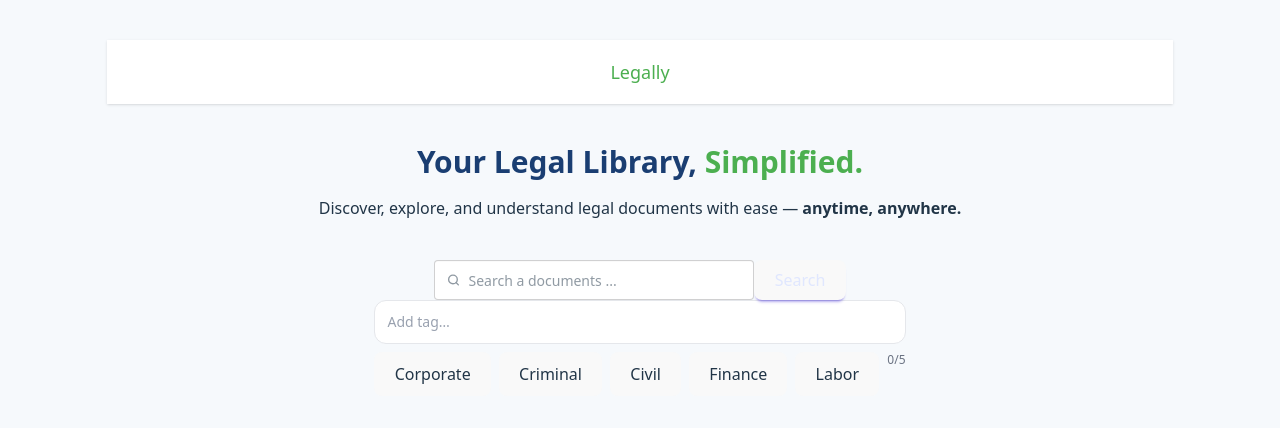
Repository: OdinPie/legal-search-acmeai
Page: / (app in legal-frontend/)
The author's editor kept a copy of each file at every save. The page is drawn from the files as they stood at one save, then again after the next save.
The browser window is 1280 px wide. The pictures show the whole page.
The project was rebuilt for these pictures with package versions that can differ from the ones it lists, and the page was loaded fresh each time. Also part of the build but not shown: legal-frontend/vite.config.js.

Above is the page before, as saved 2025-11-05 21:18:54.

### legal-frontend/index.html
<!doctype html>
<html lang="en">
  <head>
    <meta charset="UTF-8" />
    <link rel="icon" type="image/svg+xml" href="/vite.svg" />
    <meta name="viewport" content="width=device-width, initial-scale=1.0" />
    <title>legal-frontend</title>
  </head>
  <body>
    <div id="root"></div>
    <script type="module" src="/src/main.jsx"></script>
  </body>
</html>

### legal-frontend/src/App.jsx
import './App.css'
import Home from './pages/Home'

function App() {

  return (
    <>
      <Home></Home>
    </>
  )
}

export default App

### legal-frontend/src/App.css
@import "tailwindcss";

@plugin "daisyui";

### legal-frontend/src/pages/Home.jsx
import React from 'react';
import SearchSection from '../components/SearchSection';
import Navbar from '../components/Navbar';
import Banner from '../components/Banner';
const Home = () => {
    return (
        <div className='bg-[#F6F9FC] min-h-screen min-w-screen'>
            <Navbar></Navbar>
            <Banner></Banner>
            {/* <SearchSection></SearchSection> */}
            {/* Your Legal Library, Simplified.
                Discover, explore, and understand legal documents with ease — anytime, anywhere. */}
        </div>
    );
};

export default Home;

### legal-frontend/src/components/SearchSection.jsx
import { useState } from "react";
import TagBar from "./TagBar";

export default function SearchSection() {

  const [query, setQuery] = useState("");
  const [keywords, setKeywords] = useState([]);

  return (
    <div className="my-10">
      <div className="w-full max-w-2xl mx-auto">
    <label className="input validator join-item flex-1 min-w-0">
      <svg className="h-[1em] opacity-50" xmlns="http://www.w3.org/2000/svg" viewBox="0 0 24 24">
    <g
      strokeLinejoin="round"
      strokeLinecap="round"
      strokeWidth="2.5"
      fill="none"
      stroke="currentColor"
    >
      <circle cx="11" cy="11" r="8"></circle>
      <path d="m21 21-4.3-4.3"></path>
    </g>
  </svg>
      <input className="grow" type="text" placeholder="Search a documents ..." required />
    </label>
    <div className="validator-hint hidden">Enter valid query</div>

  <button className="btn btn-primary" >Search</button>
</div>
    <TagBar value={keywords} onChange={setKeywords} />
    </div>
  );
}

### legal-frontend/src/components/Navbar.jsx
export default function Navbar() {

  return (
    <div className="flex justify-center sticky top-10 ">
        <div className="navbar bg-base-100 shadow-sm sticky z-10 w-10/12">
    <div className="flex justify-center w-full">
        <a className="btn btn-ghost text-lg !text-[#4CAF50]">Legally</a>
    </div>
    </div>
    </div>
  );
}

### legal-frontend/src/components/Banner.jsx
import React from 'react';
import SearchSection from './SearchSection';

const Banner = () => {
    return (
        <div>
            <div className='flex flex-col items-center justify-center text-center mt-20'>
                {/*Banner writings here  */}
                <h1 className='!text-3xl font-bold text-[#1A3E72]'>Your Legal Library, <span className='text-[#4CAF50]'>Simplified.</span></h1>
                <p className='mt-4'>Discover, explore, and understand legal documents with ease — <span className='font-bold'>anytime, anywhere.</span></p>
                <SearchSection></SearchSection>
            </div>
        </div>
    );
};

export default Banner;

### legal-frontend/src/components/TagBar.jsx
import { useState, useRef } from "react";

const MAX_TAGS = 5;
const SUGGESTIONS = ["Corporate", "Criminal", "Civil", "Finance", "Labor"];

export default function TagBar({ value = [], onChange }) {
  const [input, setInput] = useState("");
  const inputRef = useRef(null);

  const addTag = (raw) => {
    const tag = raw.trim().replace(/^#/, "");
    if (!tag) return;
    const norm = tag.toLowerCase();
    const has = value.some(t => t.toLowerCase() === norm);
    if (has || value.length >= MAX_TAGS) return;
    onChange([...value, tag]);
    setInput("");
  };

  const removeTag = (tag) => onChange(value.filter(t => t !== tag));

  const handleKeyDown = (e) => {
    if (["Enter", "Comma", ","].includes(e.key) || e.key === " ") {
      e.preventDefault();
      addTag(input);
    } else if (e.key === "Backspace" && !input && value.length) {
      removeTag(value[value.length - 1]);
    }
  };

  const atLimit = value.length >= MAX_TAGS;

  return (
    <div className="space-y-2">
      {/* TAG BAR */}
      <div
        className="flex items-center gap-2 overflow-x-auto no-scrollbar h-11 w-full rounded-xl border border-gray-200 bg-white px-3"
        role="listbox"
        aria-label="Selected tags"
      >
        {value.map(tag => (
          <span
            key={tag}
            className="inline-flex items-center gap-1 rounded-full bg-blue-50 text-blue-800 border border-blue-200 px-3 py-1 text-sm"
          >
            #{tag}
            <button
              aria-label={`Remove ${tag}`}
              onClick={() => removeTag(tag)}
              className="ml-1 rounded-full px-1 hover:bg-blue-100"
            >
              ✕
            </button>
          </span>
        ))}

        {/* inline input inside the bar */}
        <input
          ref={inputRef}
          value={input}
          onChange={(e) => setInput(e.target.value)}
          onKeyDown={handleKeyDown}
          disabled={atLimit}
          placeholder={atLimit ? "Max 5 tags reached" : "Add tag…"}
          className="min-w-[8ch] flex-1 bg-transparent outline-none text-sm placeholder-gray-400"
          aria-disabled={atLimit}
        />
      </div>

      {/* SUGGESTIONS UNDER THE BAR */}
      <div className="flex flex-wrap gap-2">
        {SUGGESTIONS.map(s => {
          const taken = value.some(t => t.toLowerCase() === s.toLowerCase());
          return (
            <button
              key={s}
              disabled={taken || atLimit}
              onClick={() => addTag(s)}
              className={`px-3 py-1 text-sm rounded-full border transition
                ${taken ? "border-gray-200 text-gray-400 cursor-not-allowed"
                        : "border-gray-300 hover:bg-blue-50 hover:border-blue-400"}`}
            >
              {s}
            </button>
          );
        })}
        {/* counter on the right */}
        <span className="ml-auto text-xs text-gray-500">{value.length}/{MAX_TAGS}</span>
      </div>
    </div>
  );
}

Loaded but not shown: legal-frontend/src/main.jsx (common file); legal-frontend/src/index.css (common file)

After the next save:
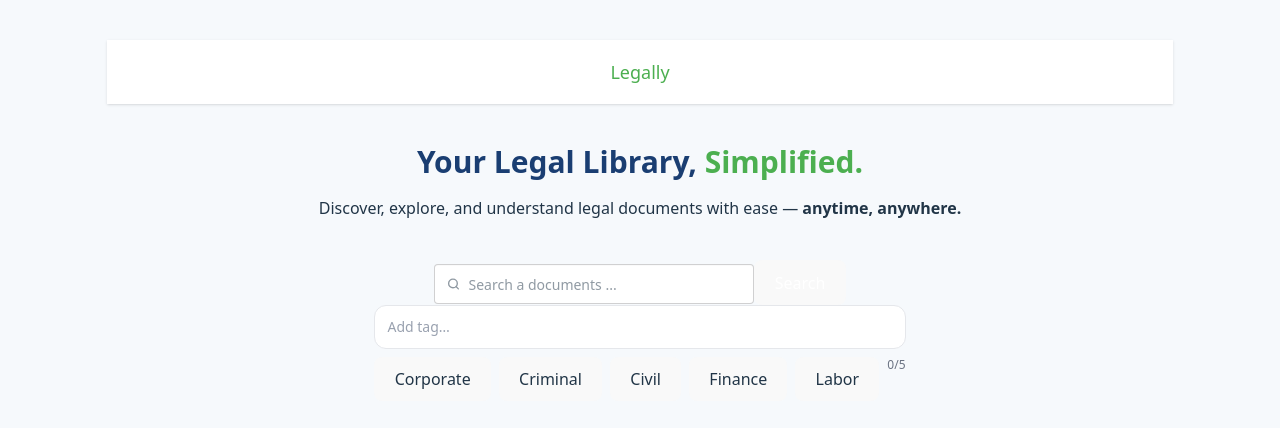
Saved 81 s later.
--- a/legal-frontend/src/components/SearchSection.jsx
+++ b/legal-frontend/src/components/SearchSection.jsx
@@ -26,7 +26,7 @@
     </label>
     <div className="validator-hint hidden">Enter valid query</div>
 
-  <button className="btn btn-primary" >Search</button>
+  <button className="bg-blue-500 hover:bg-blue-700 text-white font-bold py-2 px-4 rounded-full" >Search</button>
 </div>
     <TagBar value={keywords} onChange={setKeywords} />
     </div>

After the save that followed:
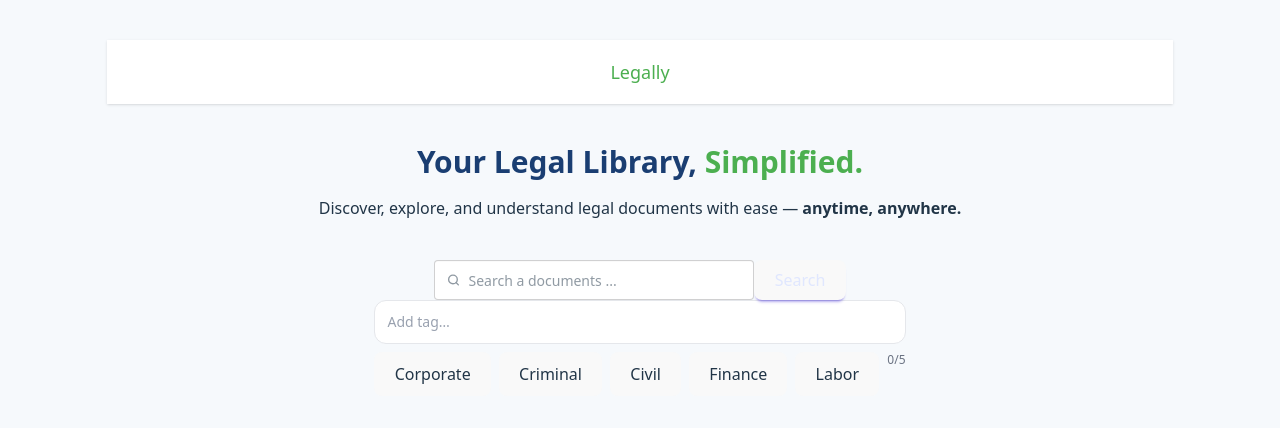
Saved 10 s later.
--- a/legal-frontend/src/components/SearchSection.jsx
+++ b/legal-frontend/src/components/SearchSection.jsx
@@ -26,7 +26,7 @@
     </label>
     <div className="validator-hint hidden">Enter valid query</div>
 
-  <button className="bg-blue-500 hover:bg-blue-700 text-white font-bold py-2 px-4 rounded-full" >Search</button>
+  <button className="btn btn-primary" >Search</button>
 </div>
     <TagBar value={keywords} onChange={setKeywords} />
     </div>
